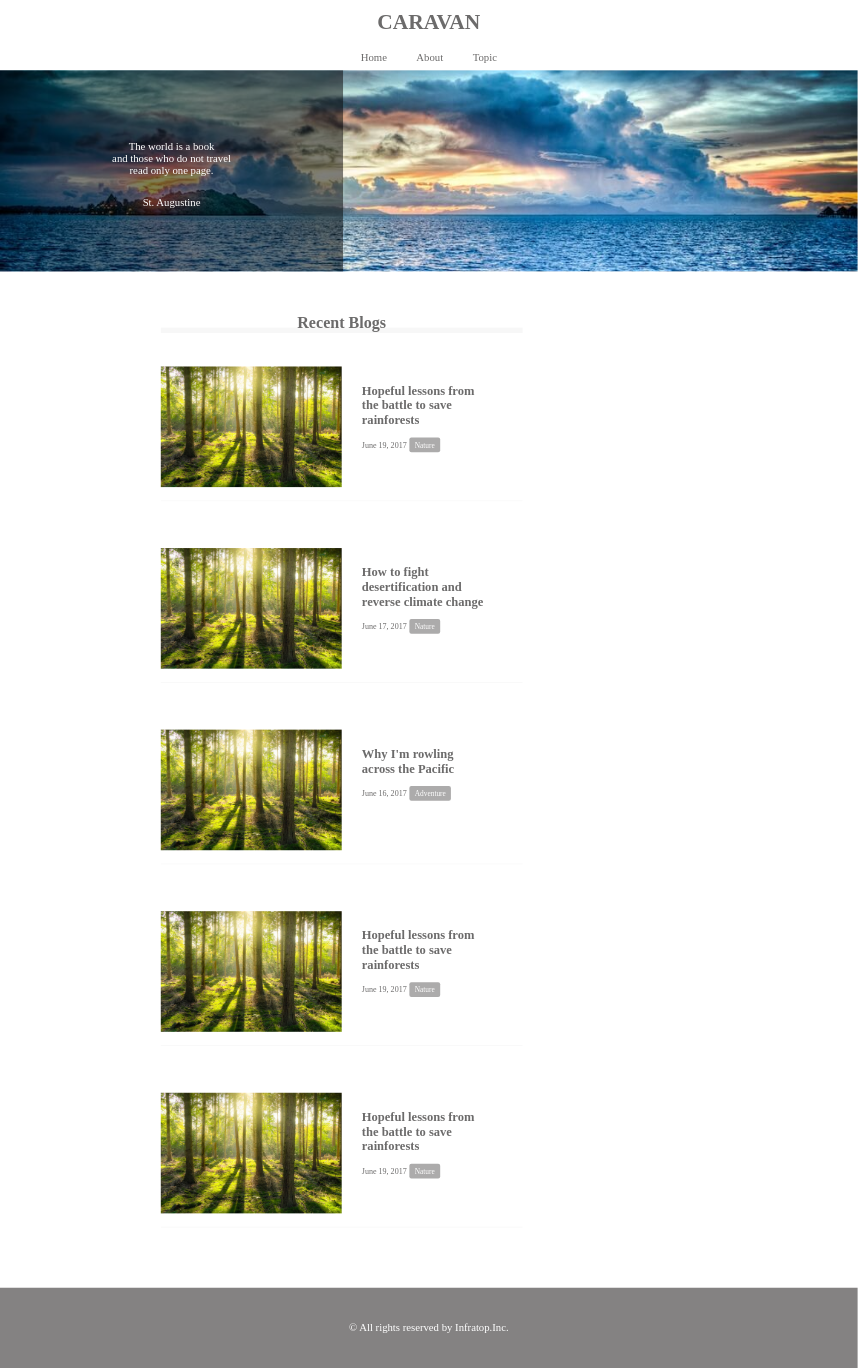
Repository: yukito7878/HTML-CSS-practice
Page: caravan/index7.html
The author's editor kept a record of every edit. The page is drawn from the files as they stood at one moment, then again after the next edit.
The browser window is 1280 px wide. The pictures show the whole page, at 67% of full size.

Above is the page before.

After the next edit:
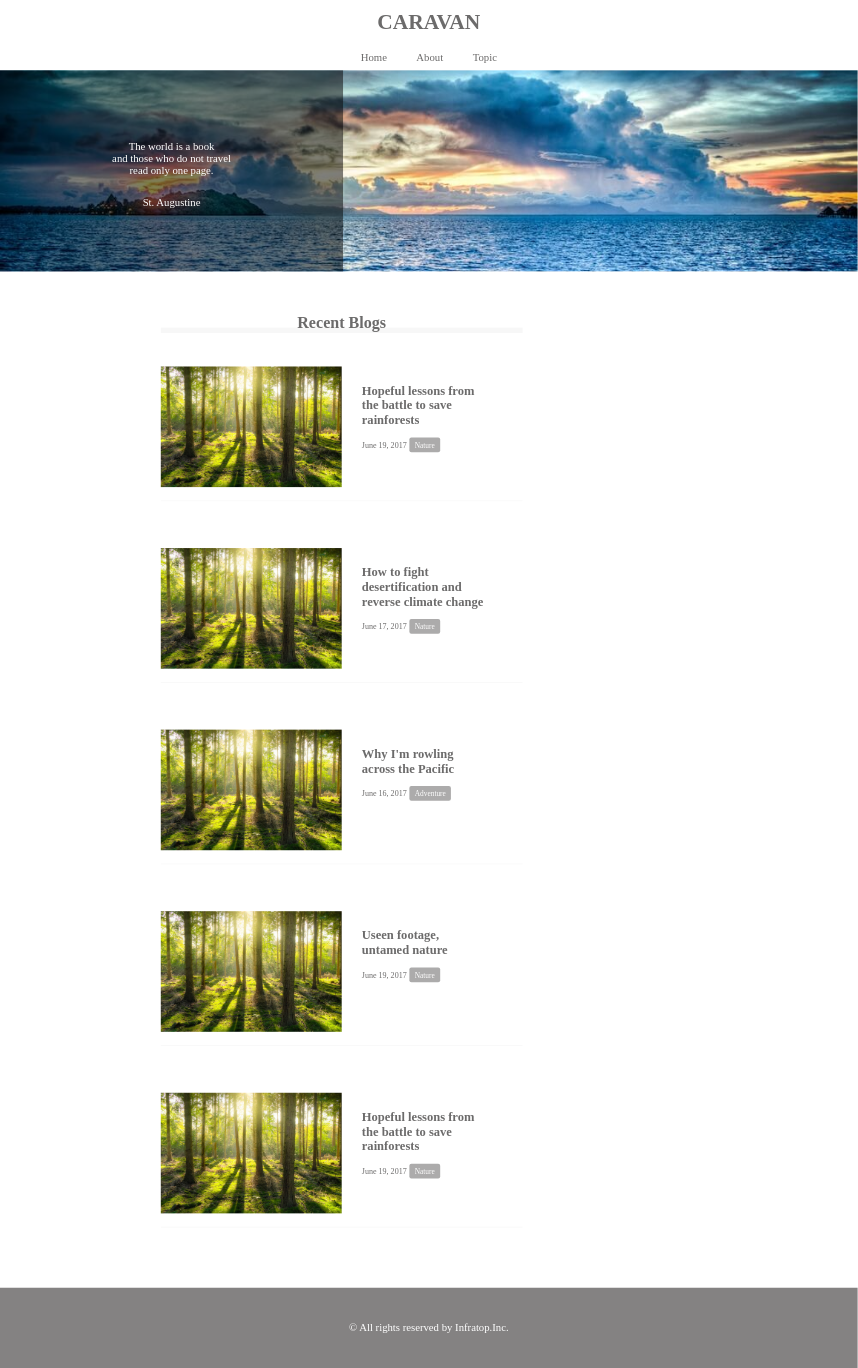
The edit:
--- a/caravan/index7.html
+++ b/caravan/index7.html
@@ -101,9 +101,8 @@
             <section class="blog-text">
               <h3 class="blog-text-heading">
                 <a href="single.html">
-                  Hopeful lessons from<br>
-                  the battle to save<br>
-                  rainforests
+                  Useen footage,<br>
+                  untamed nature
                 </a>
               </h3>
               <p class="blog-date">June 19, 2017</p>
